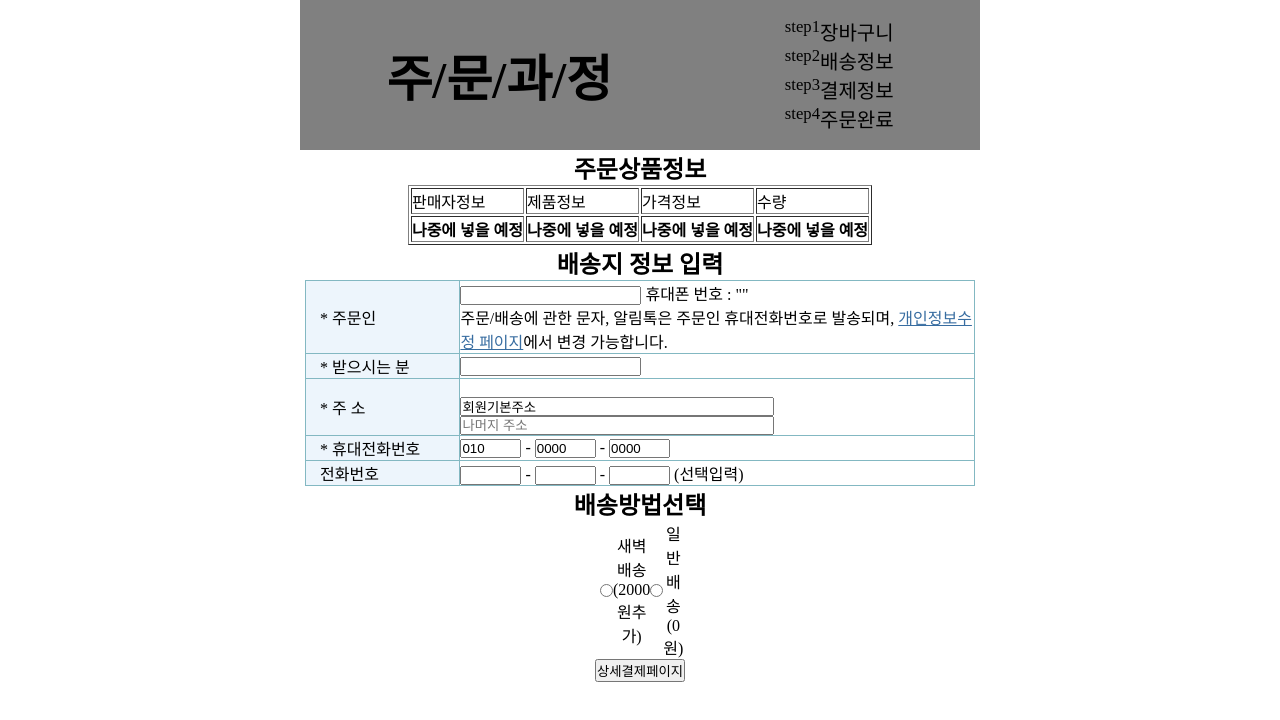
Repository: kym-1000/book
Page: http://localhost/book/WEB-INF/views/cart/ShippingInformation.jsp
The author's editor kept a copy of each file at every save. The page is drawn from the files as they stood at one save, then again after the next save.
The browser window is 1280 px wide. The pictures show the whole page.
The page is served by Tomcat 9. Nobody is signed in. The template is opened directly, without the code that normally fills it, so the values that code supplies are empty.

Above is the page before, as saved 2023-01-03 07:20:43.

After the next save:
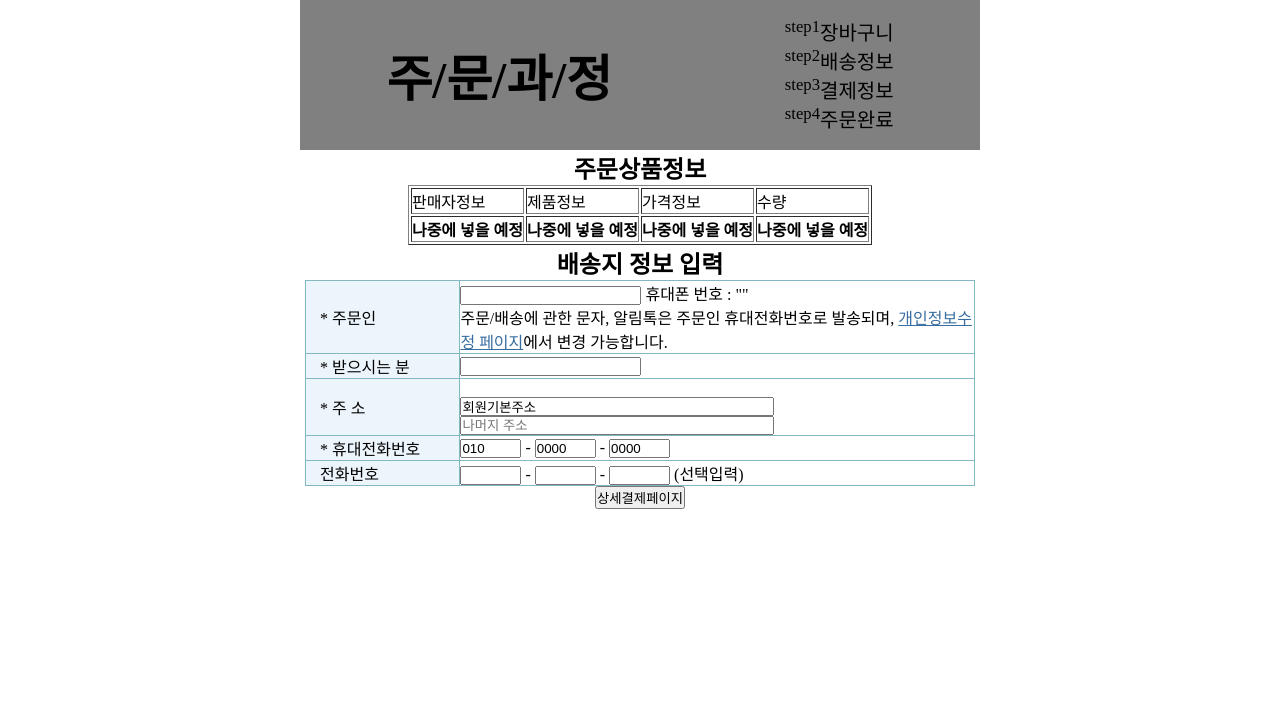
Saved 2 min 2 s later.
--- a/book/book/src/main/webapp/WEB-INF/views/cart/ShippingInformation.jsp
+++ b/book/book/src/main/webapp/WEB-INF/views/cart/ShippingInformation.jsp
@@ -130,32 +130,12 @@
 				</tbody></table>
 		</div>
 
-		<h2 style="text-align: center;">배송방법선택</h2>
-
-		<div id="productprice" style="text-align: center;">
-				<input type='radio'
-				       name='delivery'
-				       value='2000'
-				       onclick='getdeliveryPrice(event)'/>새벽배송(2000원추가)
-				<input type='radio'
-				       name='delivery'
-				       value='0'
-				       onclick='getdeliveryPrice(event)'/>일반배송(0원)
-
-				<div id='result'></div>
-
-		</div>
 
 		<button type="submit" id="btn" >상세결제페이지</button>
 
 		</form>
 
-		<script type="text/javascript">
-			function getdeliveryPrice(event) {
-			  document.getElementById('result').innerText =
-			    event.target.value;
-			}
-		</script>
+
 
 
 </body>
